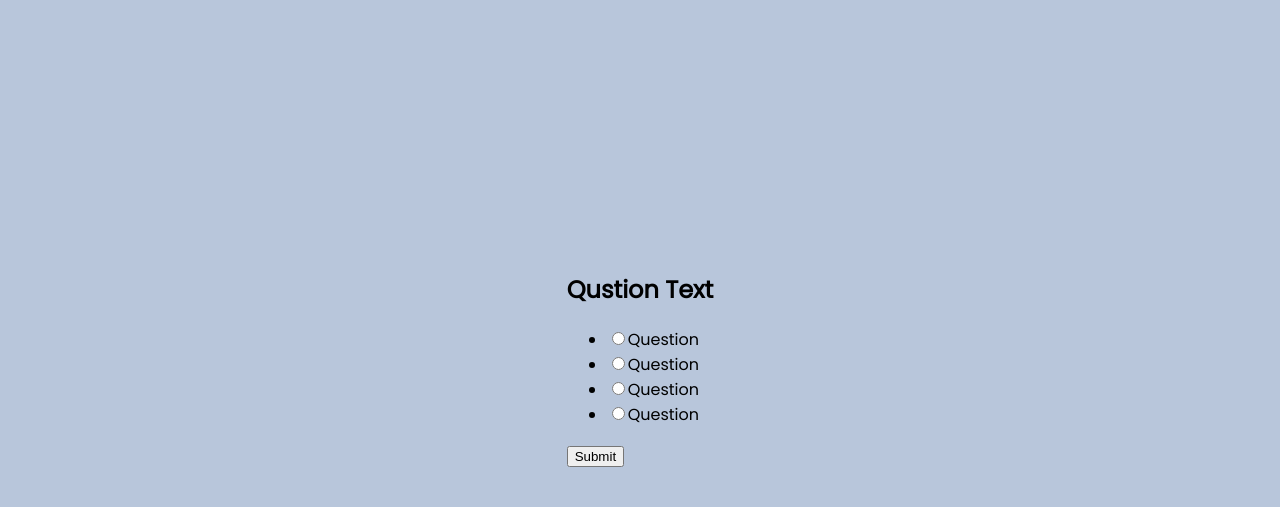
Repository: Abhi2359/Intermediate-projects
Page: Quiz App/index.html
The author's editor kept a copy of each file at every save. The page is drawn from the files as they stood at one save, then again after a run of saves.
The browser window is 1280 px wide. The pictures show the whole page.

Above is the page before, as saved 2023-01-31 13:57:20.

After the next 4 saves:
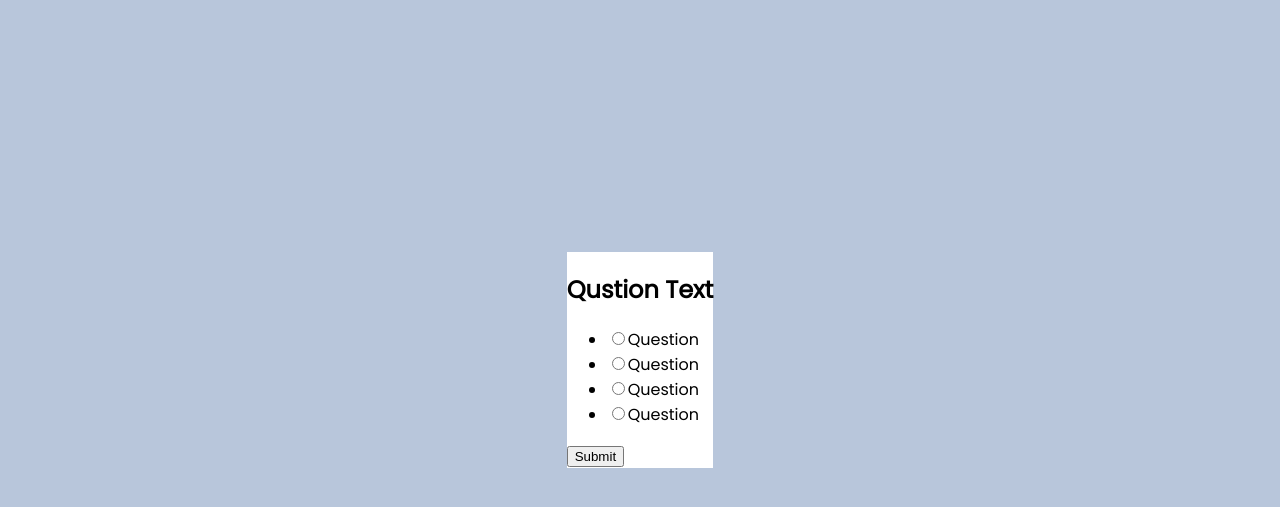
The 4 saves are shown as one change because they came seconds apart.
The last was saved 15 s later.
--- a/Quiz App/style.css
+++ b/Quiz App/style.css
@@ -16,5 +16,5 @@ body {
 }
 
 .quiz-container{
-  background-color: ;
+  background-color: #fff ;
 }
